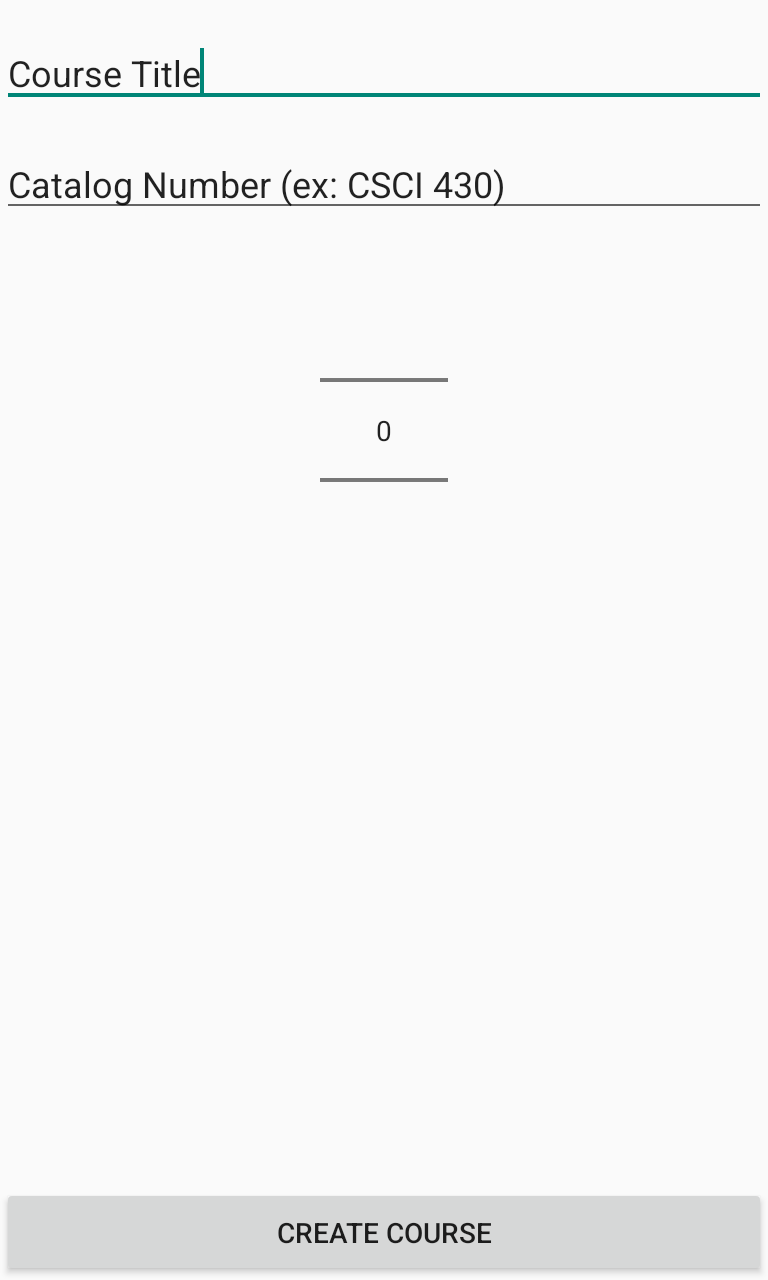
Repository: Jooms/Examples
Layout: CourseManager/res/layout/activity_main.xml
The author's editor kept a copy of each file at every save. The layout is drawn from the files as they stood at one save, then again after the next save.
It is drawn on a 768 x 1280 px phone screen (xhdpi) without system bars, with theme AppTheme; the app's code is not run.

Above is the layout before, as saved 2014-10-05 21:46:55.

After the next save:
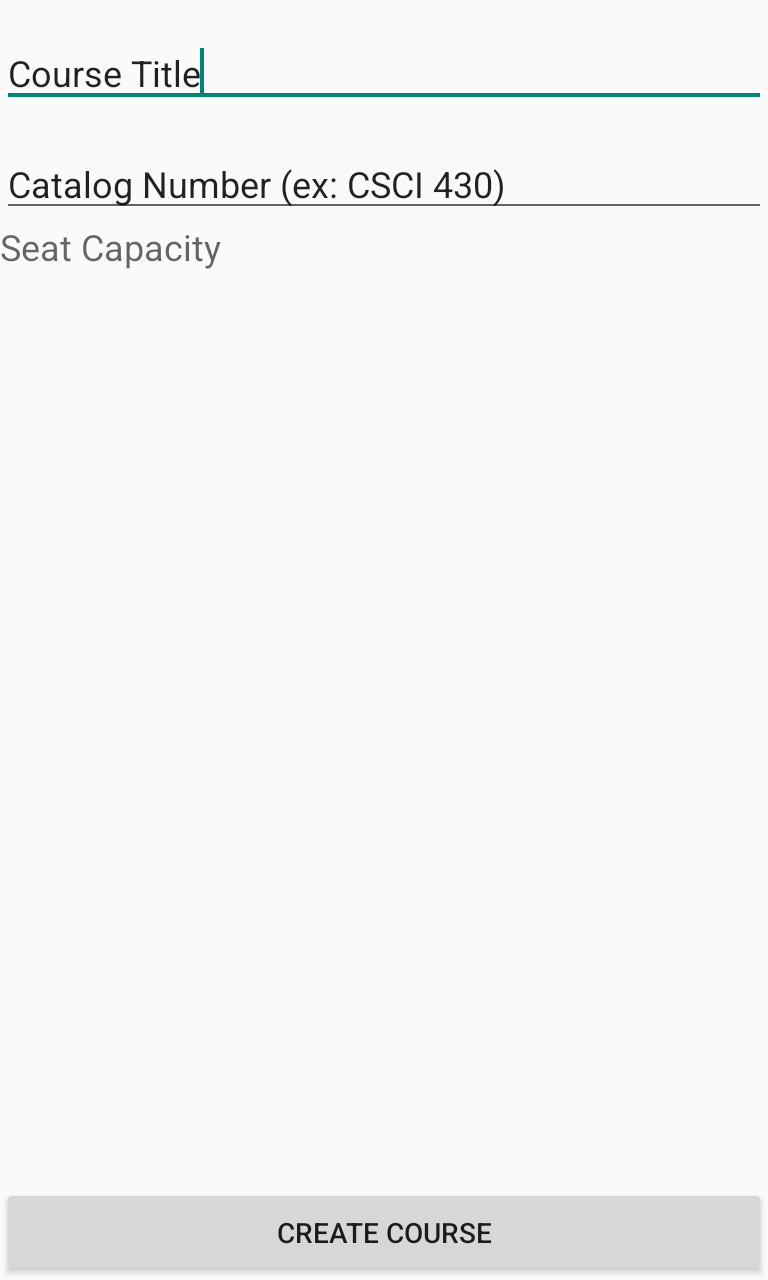
Saved 3 min 23 s later.
--- a/CourseManager/res/layout/activity_main.xml
+++ b/CourseManager/res/layout/activity_main.xml
@@ -28,14 +28,6 @@
         android:ems="10"
         android:text="Catalog Number (ex: CSCI 430)" />
 
-     <NumberPicker
-        android:id="@+id/numPickCapacity"
-        android:layout_width="wrap_content"
-        android:layout_height="wrap_content"
-        android:layout_below="@+id/editNumber"
-        android:layout_centerHorizontal="true"
-        android:layout_marginTop="14dp" />
-
     <Button
         android:id="@+id/buttonCreate"
         android:layout_width="wrap_content"
@@ -46,6 +38,13 @@
         android:onClick="buttonCreatePressed"
         android:text="Create Course" />
 
-
+    <TextView
+        android:id="@+id/textView1"
+        android:layout_width="wrap_content"
+        android:layout_height="wrap_content"
+        android:layout_alignParentLeft="true"
+        android:layout_below="@+id/editNumber"
+        android:text="Seat Capacity"
+        android:textAppearance="?android:attr/textAppearanceMedium" />
 
 </RelativeLayout>
